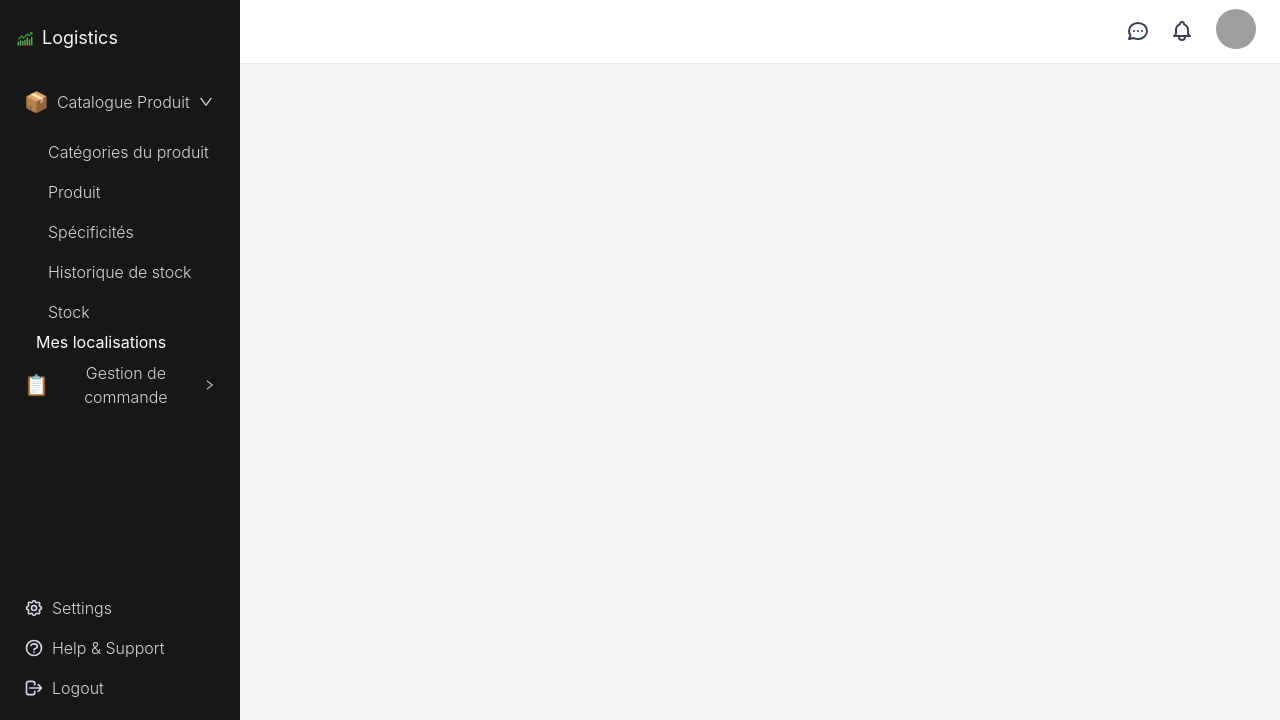
Repository: Mayar2222/Dashboard
Page: /, after clicking the first element matching `button.flex`
These files come from the project's save history. The page is drawn as it stood at one moment and after a run of saves; the edit follows.
The browser window is 1280 px wide. The pictures show the whole page.
Pictures or frames that could not be fetched are drawn as grey boxes. The project was rebuilt for these pictures with package versions that can differ from the ones it lists, and the page was loaded fresh each time. Also part of the build but not shown: src/components/CatalogueProduits.jsx, src/components/Categories.jsx.

Above is the page before, as saved 2024-07-28 17:49:04.

After the next 4 saves:
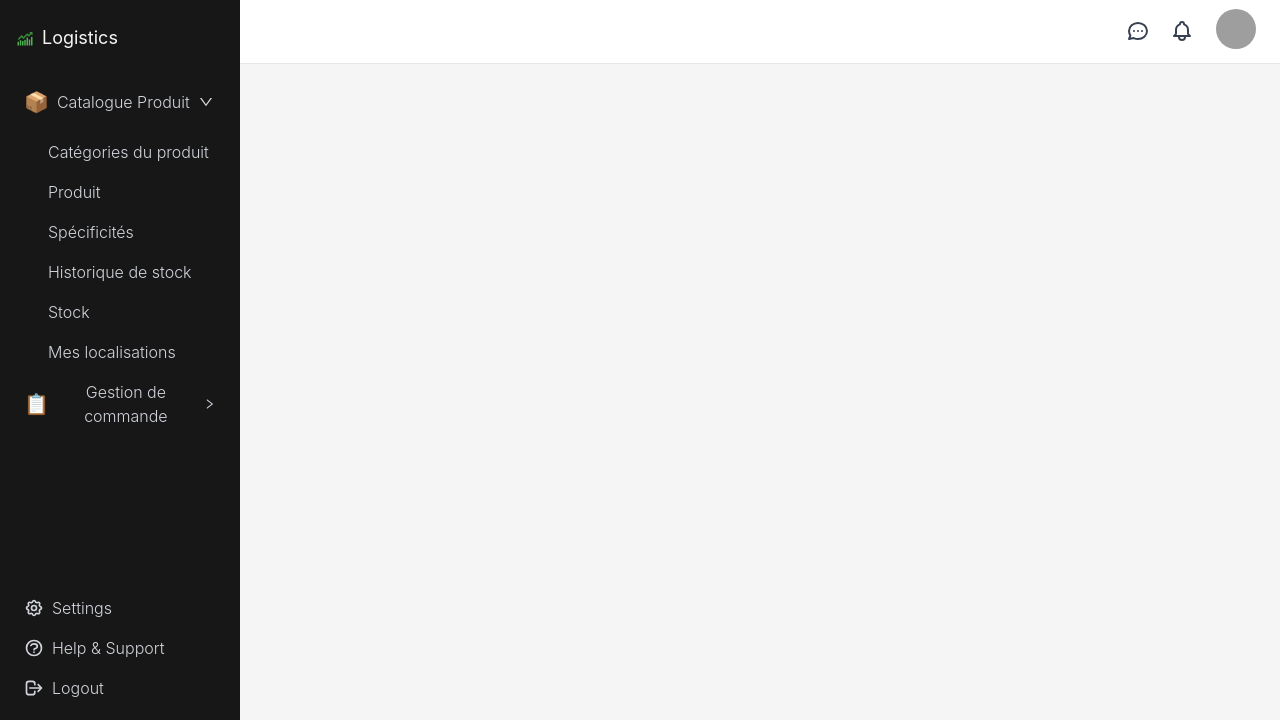
The 4 saves are shown as one change because they came seconds apart.
The last was saved 11 s later.
--- a/src/components/shared/Sidebar.jsx
+++ b/src/components/shared/Sidebar.jsx
@@ -53,7 +53,10 @@ export default function Sidebar() {
               <Link to="/stock" className={linkClasses}>
                 Stock
               </Link>
+              <Link to="/loc" className={linkClasses}>
               Mes localisations
+
+              </Link>
             </div>
           )}
         </div>
